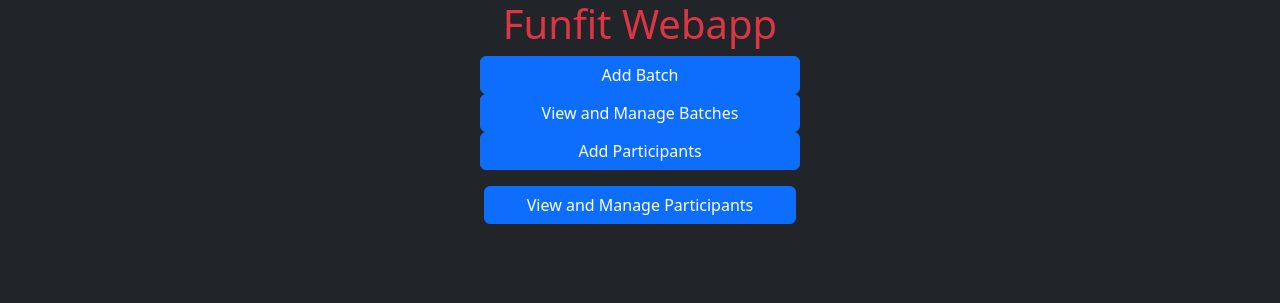
Repository: Jannis-Buschhaus/simplilearn-assessment-phase2
Page: http://localhost/FunfitWebapp/
These files come from the project's save history. The page is drawn as it stood at one moment and after the next save; the edit follows.
The browser window is 1280 px wide. The pictures show the whole page.
The page is served by Tomcat 9. Other server files are loaded and not shown.

Above is the page before, as saved 2024-05-30 14:23:00.

### FunfitWebapp/src/main/webapp/index.jsp
<%@ page language="java" contentType="text/html; charset=UTF-8"
    pageEncoding="UTF-8"%>
<%@ taglib prefix="c" uri="http://java.sun.com/jsp/jstl/core" %>
<!DOCTYPE html>
<html>
<head>
<meta charset="UTF-8">
<title>Funfit</title>
<link href="https://cdn.jsdelivr.net/npm/bootstrap@5.3.3/dist/css/bootstrap.min.css" rel="stylesheet" integrity="sha384-QWTKZyjpPEjISv5WaRU9OFeRpok6YctnYmDr5pNlyT2bRjXh0JMhjY6hW+ALEwIH" crossorigin="anonymous">
</head>
<body class="bg-dark">
	<h1 class="text-danger text-center">Funfit Webapp</h1>
	<div class="text-center">
		<a class="btn btn-primary w-25 text-center" href="addBatch.jsp">Add Batch</a><br />
	</div>
	<div class="text-center">
		<a class="btn btn-primary w-25 text-center" href="BatchController">View and Manage Batches</a><br />
	</div>
	<div class="text-center">
		<a class="btn btn-primary w-25 text-center" href="ParticipantsController?target=addParticipant">Add Participants</a><br />
	</div>
	<div class="text-center m-3">
		<a class="btn btn-primary w-25 text-center" href="ParticipantsController?target=viewParticipant">View and Manage Participants</a><br />
	</div>
</body>
</html>

After the next save:
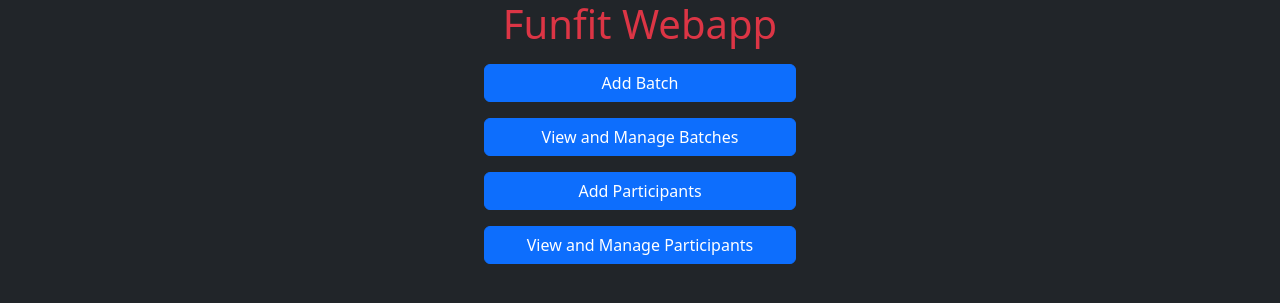
Saved 14 s later.
--- a/FunfitWebapp/src/main/webapp/index.jsp
+++ b/FunfitWebapp/src/main/webapp/index.jsp
@@ -10,13 +10,13 @@
 </head>
 <body class="bg-dark">
 	<h1 class="text-danger text-center">Funfit Webapp</h1>
-	<div class="text-center">
+	<div class="text-center m-3">
 		<a class="btn btn-primary w-25 text-center" href="addBatch.jsp">Add Batch</a><br />
 	</div>
-	<div class="text-center">
+	<div class="text-center m-3">
 		<a class="btn btn-primary w-25 text-center" href="BatchController">View and Manage Batches</a><br />
 	</div>
-	<div class="text-center">
+	<div class="text-center m-3">
 		<a class="btn btn-primary w-25 text-center" href="ParticipantsController?target=addParticipant">Add Participants</a><br />
 	</div>
 	<div class="text-center m-3">
